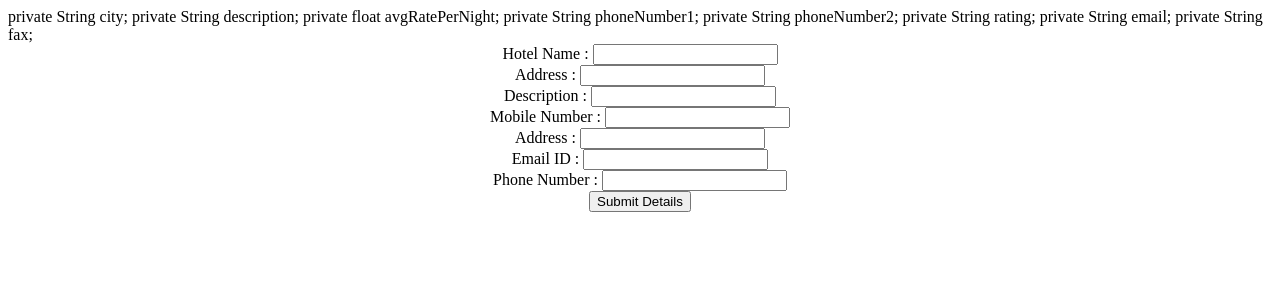
Repository: dishangjain/SpringProject
Page: http://localhost/HotelBookingManagementSystem/JSPs/AddNewHotel.jsp
These files come from the project's save history. The page is drawn as it stood at one moment and after the next save; the edit follows.
The browser window is 1280 px wide. The pictures show the whole page.
The page is served by Tomcat 9. Nobody is signed in. The application's start-up code is not run. Other server files are loaded and not shown. The template is opened directly, without the code that normally fills it, so the values that code supplies are empty.

Above is the page before, as saved 2017-10-14 09:27:54.

### HotelBookingManagementSystem/WebContent/JSPs/AddNewHotel.jsp
<%@ page language="java" contentType="text/html; charset=ISO-8859-1"
    pageEncoding="ISO-8859-1"%>
    <%@ taglib uri="http://www.springframework.org/tags/form" prefix="form"%>
<!DOCTYPE html PUBLIC "-//W3C//DTD HTML 4.01 Transitional//EN" "http://www.w3.org/TR/html4/loose.dtd">
<html>
	<head>
		<meta http-equiv="Content-Type" content="text/html; charset=ISO-8859-1">
		<title>Insert title here</title>
	</head>
	<body>


	private String city;
	private String description;
	private float avgRatePerNight;
	private String phoneNumber1;
	private String phoneNumber2;
	private String rating;
	private String email;
	private String fax;



		<center>
			<form:form method="post" modelAttribute="hotelBean" action="addHotelDetails.do">

	  			<label for="hotelName">Hotel Name :</label>
		  		<form:input path="hotelName" id="hotelName" type="text"/><br/>

		  		<label for="address">Address :</label>
		  		<form:input path="address" id="address" type="text"/><br/>

		  		<label for="description">Description :</label>
		  		<form:input path="description" id="description" type="text"/><br/>

		  		<label for="mobileNumber">Mobile Number :</label>
		  		<form:input path="mobileNumber" id="mobileNumber" type="text"/><br/>

		  		<label for="address">Address :</label>
		  		<form:input path="address" id="address" type="text"/><br/>

		  		<label for="email">Email ID :</label>
		  		<form:input path="email" id="email" type="text"/><br/>

		  		<label for="phoneNumber">Phone Number :</label>
		  		<form:input path="phoneNumber" id="phoneNumber" type="text"/><br/>

		  		<input type="submit" value="Submit Details"/>
			</form:form>
		</center>



	</body>
</html>

After the next save:
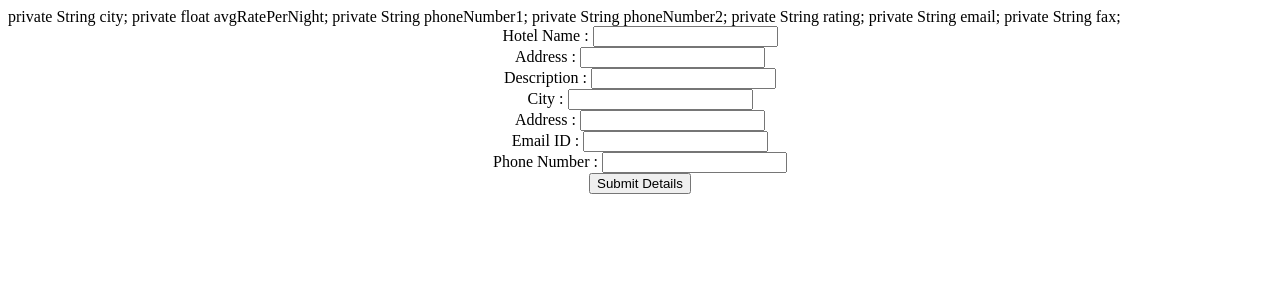
Saved 22 s later.
--- a/HotelBookingManagementSystem/WebContent/JSPs/AddNewHotel.jsp
+++ b/HotelBookingManagementSystem/WebContent/JSPs/AddNewHotel.jsp
@@ -11,7 +11,6 @@
 
 
 	private String city;
-	private String description;
 	private float avgRatePerNight;
 	private String phoneNumber1;
 	private String phoneNumber2;
@@ -33,8 +32,8 @@
 		  		<label for="description">Description :</label>
 		  		<form:input path="description" id="description" type="text"/><br/>
 
-		  		<label for="mobileNumber">Mobile Number :</label>
-		  		<form:input path="mobileNumber" id="mobileNumber" type="text"/><br/>
+		  		<label for="city">City :</label>
+		  		<form:input path="city" id="city" type="text"/><br/>
 
 		  		<label for="address">Address :</label>
 		  		<form:input path="address" id="address" type="text"/><br/>
